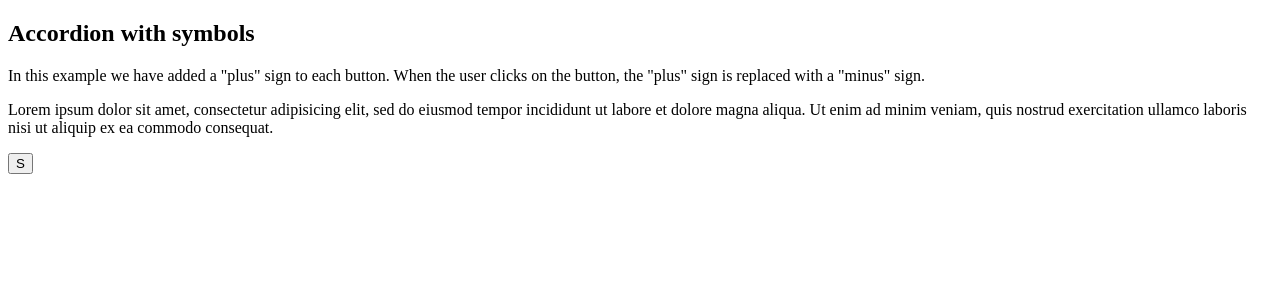
Repository: 16lineEyes/accordion
Page: index.html/index.html
An editor plug-in stored every save of this project. The page is shown before and after a run of saves, followed by the edit.
The browser window is 1280 px wide. The pictures show the whole page.

Above is the page before, as saved 2024-07-20 19:44:07.

### index.html/index.html
<!DOCTYPE html>
<html lang="en">
<head>
    <meta charset="UTF-8">
    <meta name="viewport" content="width=device-width, initial-scale=1.0">
    <title>Document</title>
</head>
<body>
    <h2>Accordion with symbols</h2>
<p>In this example we have added a "plus" sign to each button. When the user clicks on the button, the "plus" sign is replaced with a "minus" sign.</p>
<div class="panel">  <p>Lorem ipsum dolor sit amet, consectetur adipisicing elit, sed do eiusmod tempor incididunt ut labore et dolore magna aliqua. Ut enim ad minim veniam, quis nostrud exercitation ullamco laboris nisi ut aliquip ex ea commodo consequat.</p>

</div>
<button class="accordion">S</button>
</body>
</html>

After the next 2 saves:
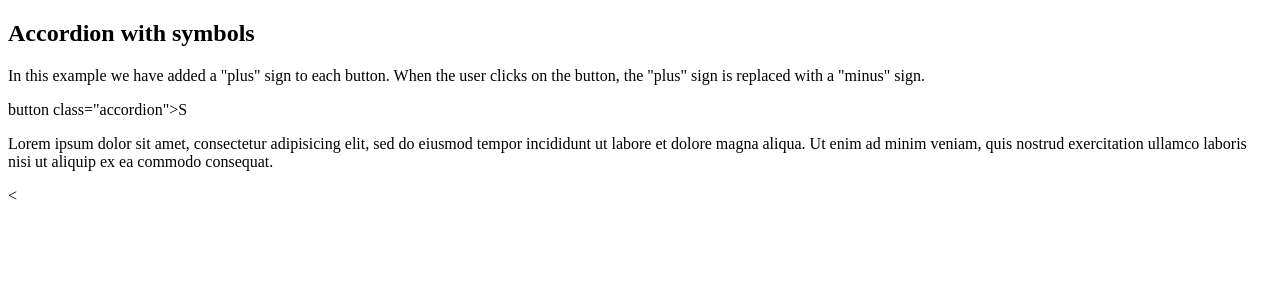
The 2 saves are shown as one change because they came seconds apart.
The last was saved 21 s later.
--- a/index.html/index.html
+++ b/index.html/index.html
@@ -8,9 +8,10 @@
 <body>
     <h2>Accordion with symbols</h2>
 <p>In this example we have added a "plus" sign to each button. When the user clicks on the button, the "plus" sign is replaced with a "minus" sign.</p>
+button class="accordion">S</button>
 <div class="panel">  <p>Lorem ipsum dolor sit amet, consectetur adipisicing elit, sed do eiusmod tempor incididunt ut labore et dolore magna aliqua. Ut enim ad minim veniam, quis nostrud exercitation ullamco laboris nisi ut aliquip ex ea commodo consequat.</p>
 
 </div>
-<button class="accordion">S</button>
+<
 </body>
 </html>
